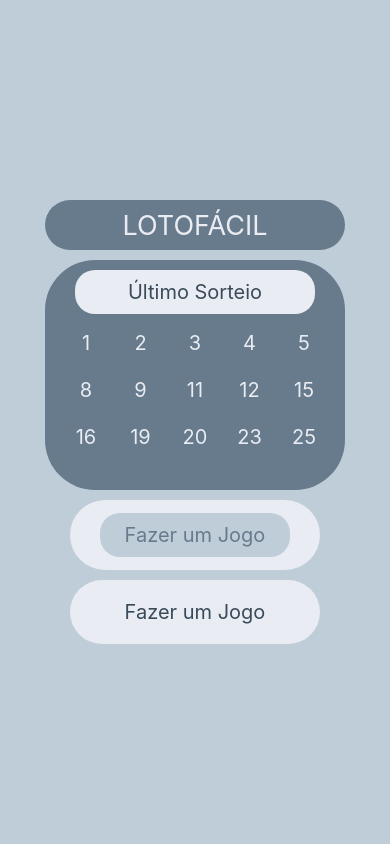
Repository: Deyvid-Kasteh/LotofacilApp
Screen: /
An editor plug-in stored every save of this project. The screen is shown before and after the next save, followed by the edit.
The app was drawn by React Native's web renderer in a window 390 px wide. The project was rebuilt for these pictures with package versions that can differ from the ones it lists, and the page was loaded fresh each time. Also part of the build but not shown: paginaTESTE.js.

Above is the screen before, as saved 2023-11-27 07:00:15.

After the next save:
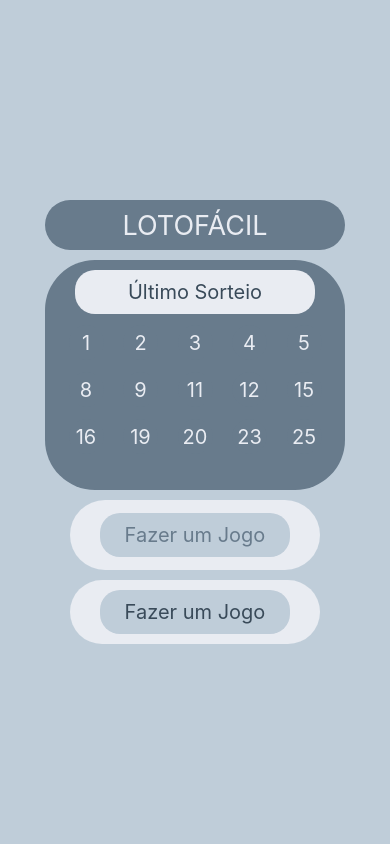
Saved 29 s later.
--- a/components/Resultado.js
+++ b/components/Resultado.js
@@ -227,6 +227,9 @@
               padding: 10,
               borderRadius: 20,
             },
+            viewHeight === 50
+              ? { width: 190, backgroundColor: "#BFCDD9" }
+              : { width: 240, backgroundColor: "#E9ECF2" },
           ]}
           onPress={() => toggleHeight()}
         >
